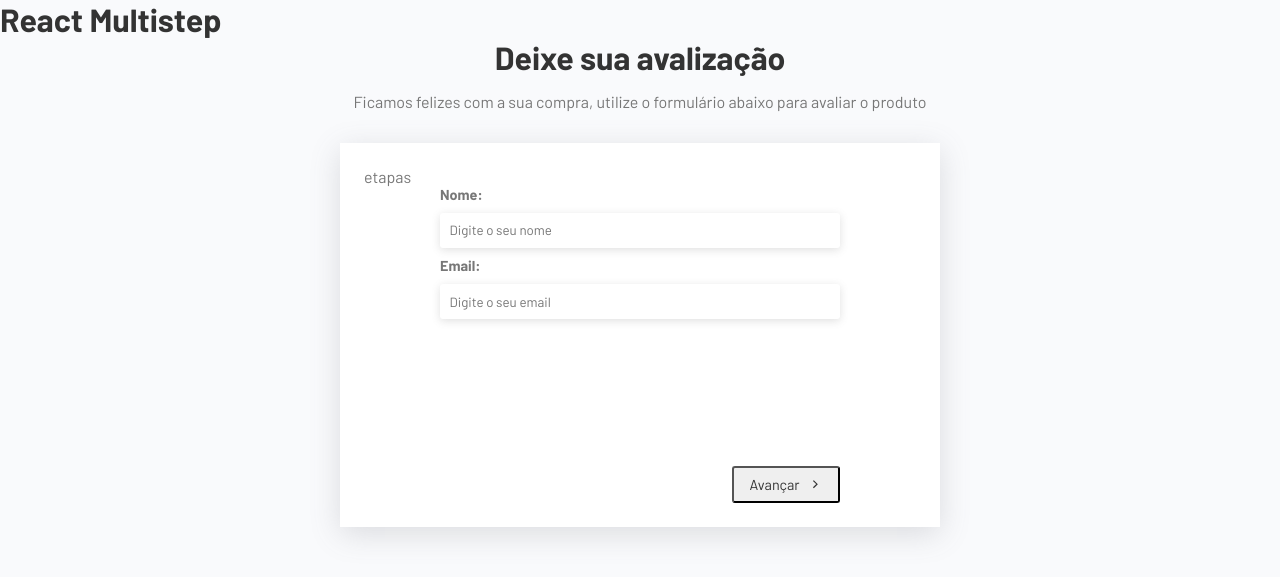
Repository: Bitroia/multistep_form_react
Page: / (app in multistep_form_react/)
These files come from the project's save history. The page is drawn as it stood at one moment and after a run of saves; the edit follows.
The browser window is 1280 px wide. The pictures show the whole page.
The project was rebuilt for these pictures with package versions that can differ from the ones it lists, and the page was loaded fresh each time. Also part of the build but not shown: multistep_form_react/vite.config.js, multistep_form_react/src/components/ReviewForm.jsx, multistep_form_react/src/components/Thanks.jsx.

Above is the page before, as saved 2026-06-12 14:13:14.

### multistep_form_react/index.html
<!doctype html>
<html lang="pt-br">
  <head>
    <meta charset="UTF-8" />
    <link rel="icon" type="image/svg+xml" href="/favicon.svg" />
    <link rel="preconnect" href="https://fonts.googleapis.com" />
    <link rel="preconnect" href="https://fonts.gstatic.com" crossorigin />
    <link
      href="https://fonts.googleapis.com/css2?family=Barlow:ital,wght@0,100;0,200;0,300;0,400;0,500;0,600;0,700;0,800;0,900;1,100;1,200;1,300;1,400;1,500;1,600;1,700;1,800;1,900&family=Lato:ital,wght@0,100;0,300;0,400;0,700;0,900;1,100;1,300;1,400;1,700;1,900&family=Montserrat:ital,wght@0,100..900;1,100..900&family=Roboto:ital,wght@0,100..900;1,100..900&display=swap"
      rel="stylesheet"
    />
    <meta name="viewport" content="width=device-width, initial-scale=1.0" />
    <title>Multistep Form com React</title>
  </head>
  <body>
    <div id="root"></div>
    <script type="module" src="/src/main.jsx"></script>
  </body>
</html>

### multistep_form_react/src/index.css
* {
  font-family: "Barlow";
  padding: 0;
  margin: 0;
  box-sizing: border-box;
  color: #333;
}

p {
  color: #777;
}

body {
  background-color: #f9fafc;
}

### multistep_form_react/src/App.jsx
//! Components
import { GrFormNext, GrFormPrevious } from "react-icons/gr";
import { FiSend } from "react-icons/fi";
import UserForm from "./components/UserForm";
import ReviewForm from "./components/ReviewForm";
import Thanks from "./components/Thanks";
import { useState } from "react";

//! Hooks

import { useForm } from "./hooks/UseForm";

import "./App.css";

function App() {
  const formComponents = [<UserForm />, <ReviewForm />, <Thanks />];

  const { currentStep, currentComponent, changeStep, isLastStep, isFirstStep } =
    useForm(formComponents);

  return (
    <div className="App">
      <h1>React Multistep</h1>
      <div className="header">
        <h2>Deixe sua avalização</h2>
        <p>
          Ficamos felizes com a sua compra, utilize o formulário abaixo para
          avaliar o produto
        </p>
      </div>
      <div className="form-container">
        <p>etapas</p>
        <form onSubmit={(e) => changeStep(currentStep + 1, e)}>
          <div className="inputs-container">{currentComponent}</div>
          <div className="actions">
            {!isFirstStep && (
              <button type="button" onClick={() => changeStep(currentStep - 1)}>
                <GrFormPrevious />
                <span>Voltar</span>
              </button>
            )}
            {!isLastStep ? (
              <button type="submit">
                <span>Avançar</span>
                <GrFormNext />
              </button>
            ) : (
              <button type="button">
                <span>Enviar</span>
                <FiSend />
              </button>
            )}
          </div>
        </form>
      </div>
    </div>
  );
}

export default App;

### multistep_form_react/src/components/UserForm.jsx
import React from "react";

const UserForm = () => {
  return (
    <div>
      <div className="form-control">
        <label htmlFor="name">Nome:</label>
        <input
          type="text"
          name="text"
          id="name"
          placeholder="Digite o seu nome"
          required
        />
        <label htmlFor="name">Email:</label>
        <input
          type="email"
          name="email"
          id="email"
          placeholder="Digite o seu email"
          required
        />
      </div>
    </div>
  );
};

export default UserForm;

### multistep_form_react/src/hooks/useForm.jsx
import { useState } from "react";

export function useForm(steps) {
  const [currentStep, setCurrentStep] = useState(0);

  function changeStep(i, e) {
    if (e) e.preventDefault();

    if (i < 0 || i >= steps.length) return;

    setCurrentStep(i);
  }

  return {
    currentStep,
    currentComponent: steps[currentStep],
    changeStep,
    isLastStep: currentStep + 1 === steps.length ? true : false,
    isFirstStep: currentStep === 0 ? true : false,
  };
}

### multistep_form_react/src/App.css
.app {
  padding: 2rem;
}

/* Cabeçalho */

.header {
  text-align: center;
  margin-bottom: 2rem;
}

.header h2 {
  font-size: 2rem;
  margin-bottom: 1rem;
}

/* Forms */

.form-container {
  max-width: 600px;
  margin: 0 auto;
  background-color: #fff;
  padding: 1.5rem;
  box-shadow: rgba(100, 100, 111, 0.2) 0px 7px 29px 0px;
}

.form-container form {
  max-width: 400px;
  margin: 0 auto;
}

.inputs-container {
  min-height: 280px;
}

.form-control {
  display: flex;
  flex-direction: column;
  margin-bottom: 2rem;
  gap: 0.6rem;
}

label {
  font-weight: bold;
  font-size: 0.9rem;
  color: #777;
}

input,
textarea {
  padding: 0.6rem;
  border: none;
  border-radius: 3px;
  box-shadow: rgba(99, 99, 99, 0.2) 0px 2px 8px 0;
}

textarea {
  height: 120px;
}

/* Actions */

.actions {
  display: flex;
  justify-content: flex-end;
  gap: 1rem;
}

.actions button {
  font-size: 0.9rem;
  padding: 0.5rem 1rem;
  gap: 0.5rem;
  display: flex;
  align-items: center;
  border-radius: 3px;
  background-color: ;
}

Loaded but not shown: multistep_form_react/src/main.jsx (common file)

After the next 2 saves:
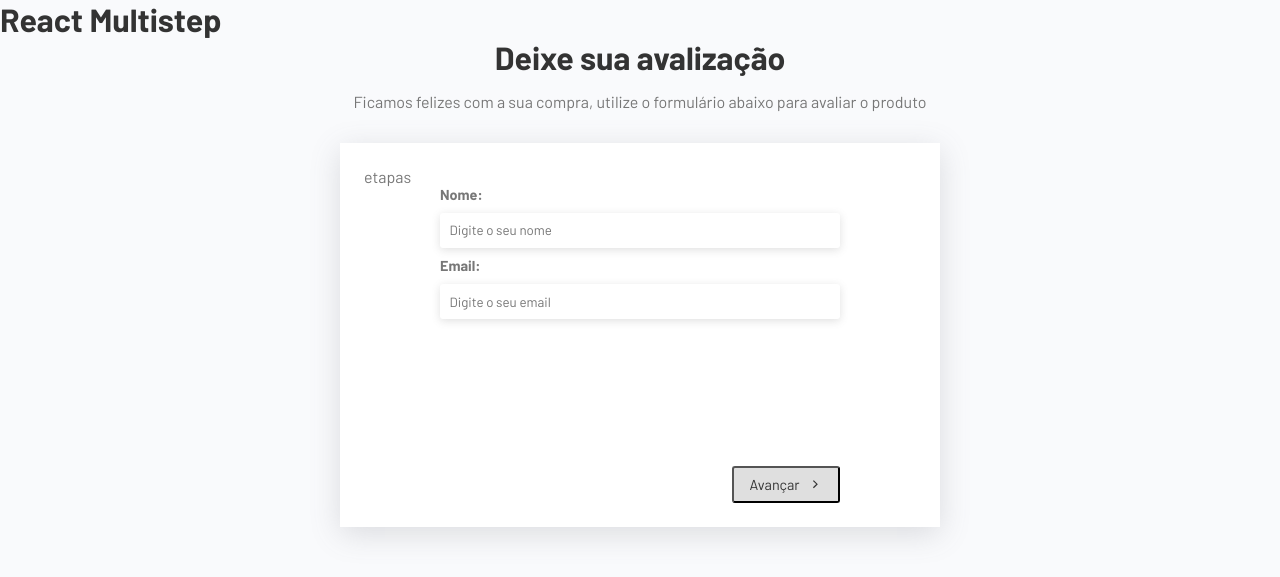
The 2 saves are shown as one change because they came seconds apart.
The last was saved 9 s later.
--- a/multistep_form_react/src/App.css
+++ b/multistep_form_react/src/App.css
@@ -73,5 +73,7 @@ textarea {
   display: flex;
   align-items: center;
   border-radius: 3px;
-  background-color: ;
+  background-color: #dfdfdf;
+  cursor: pointer
+  bord;
 }
